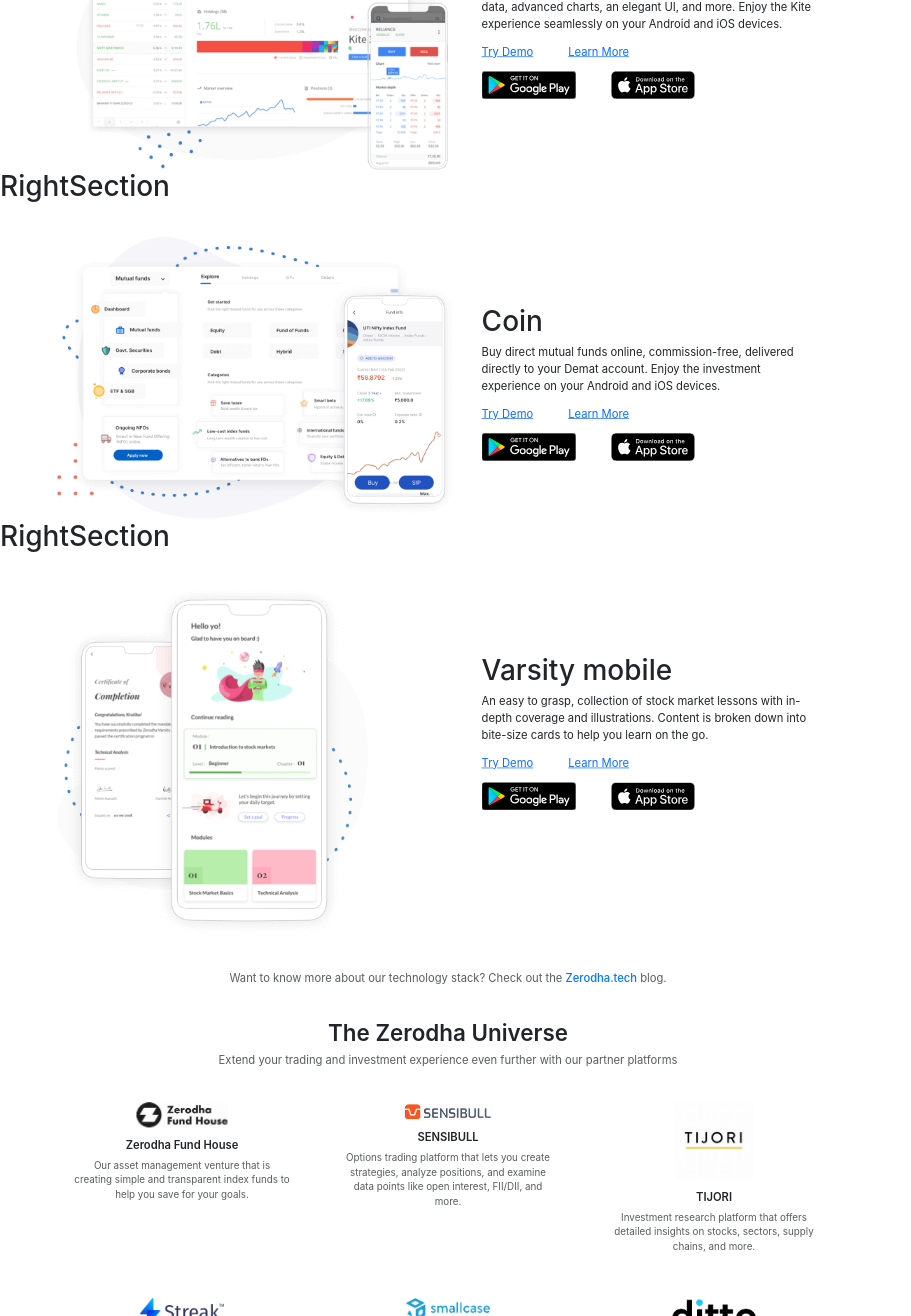
Repository: swarnabha-dutta/TradeVerse
Page: /product (app in frontend/)
The author's editor kept a copy of each file at every save. The page is drawn from the files as they stood at one save, then again after a run of saves.
The browser window is 1280 px wide. The page is 1280 px wide, then 1301 px, so the pictures cover 1301 px, including what lies to the right of the window. The pictures show the part of the page from y = 562 to 2442 px (the page is 3395 px tall before and 4419 px after), at 70% of full size.
Some web libraries are served in a nearby version. The project was rebuilt for these pictures with package versions that can differ from the ones it lists, and the page was loaded fresh each time. Also part of the build but not shown: frontend/src/landing_page/home/Hero.jsx, frontend/src/landing_page/home/Awards.jsx, frontend/src/landing_page/home/Stats.jsx, frontend/src/landing_page/home/Pricing.jsx, frontend/src/landing_page/home/Education.jsx, frontend/src/landing_page/OpenAccount.jsx, frontend/src/landing_page/home/HomePage.jsx, frontend/src/landing_page/about/Team.jsx and 9 more. Imported but missing from the stored project, and not drawn on this page: frontend/src/landing_page/about/Hero.

Above is the page before, as saved 2025-11-12 11:40:59.

After the next 5 saves:
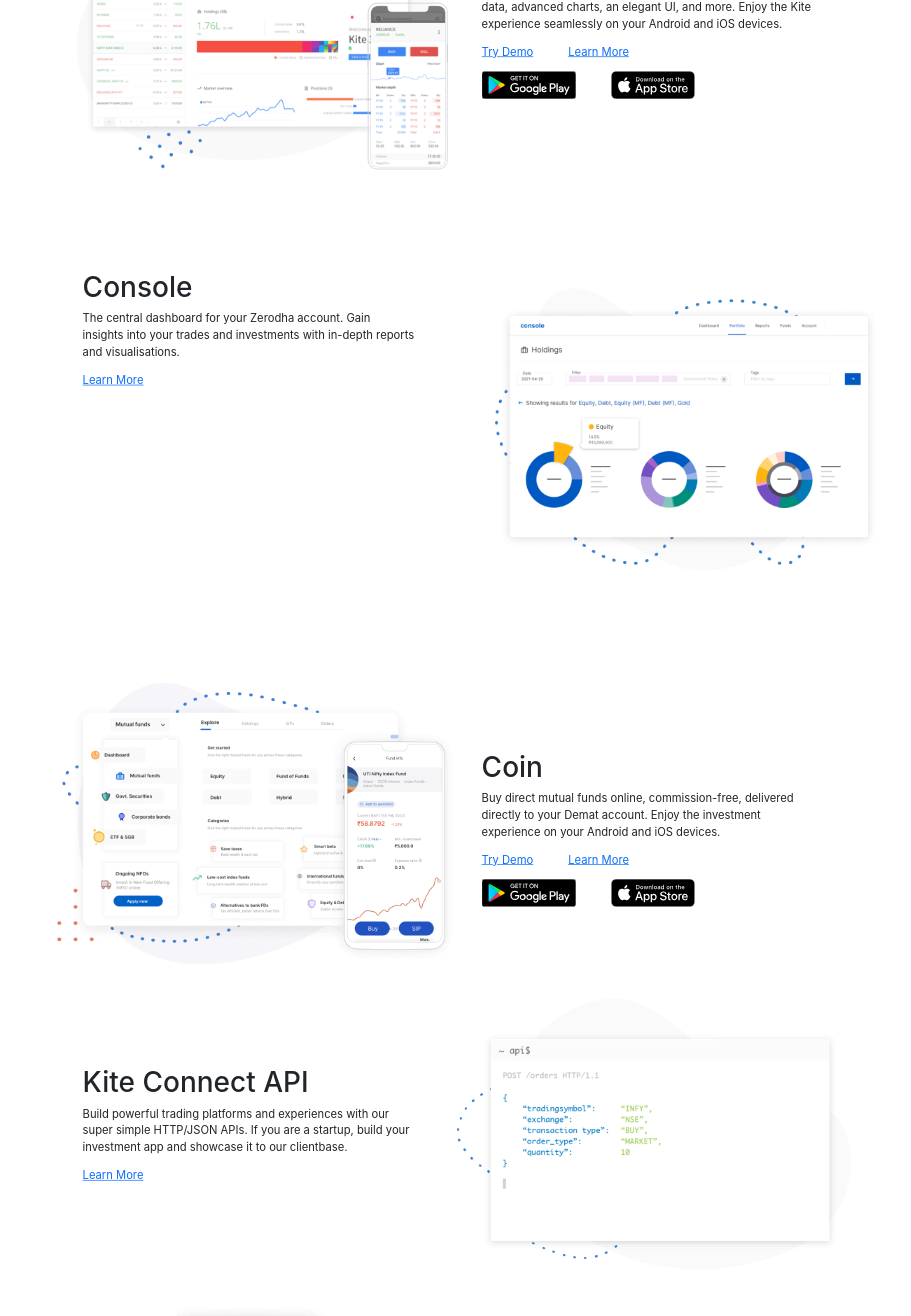
The 5 saves are shown as one change because 3 did not build or start and some came seconds apart.
The last was saved 46 s later.
--- a/frontend/src/landing_page/products/RightSection.jsx
+++ b/frontend/src/landing_page/products/RightSection.jsx
@@ -10,8 +10,21 @@
     appStore,
 }) => {
     return (
-        <h1>RightSection</h1>
-    )
+        <div className="container mt-5">
+        <div className="row">
+            <div className="col-6 p-5 mt-5">
+            <h1>{productName}</h1>
+            <p>{productDescription}</p>
+            <div>
+                <a href={learnMore}>Learn More</a>
+            </div>
+            </div>
+            <div className="col-6">
+            <img src={imageURL} />
+            </div>
+        </div>
+        </div>
+    );
 }
 
 export default RightSection
